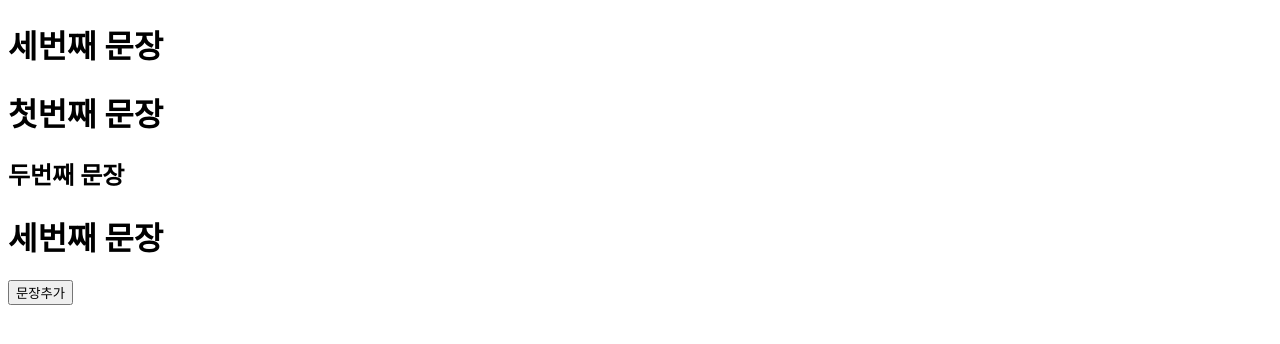
Repository: chopilyeon/JavaWeb
Page: LectureWeb/src/main/webapp/jquery/exam04.html
An editor plug-in stored every save of this project. The page is shown before and after the next save, followed by the edit.
The browser window is 1280 px wide. The pictures show the whole page.

Above is the page before, as saved 2022-05-30 07:57:30.

After the next save:
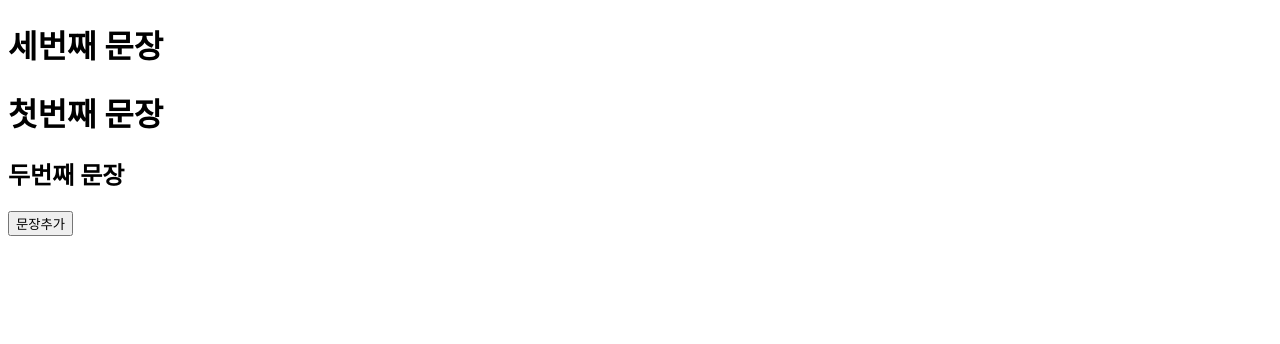
Saved 17 s later.
--- a/LectureWeb/src/main/webapp/jquery/exam04.html
+++ b/LectureWeb/src/main/webapp/jquery/exam04.html
@@ -17,7 +17,7 @@ $(document).ready(function(){
 		divTag.appendChild(h1Tag)
 	})
 */
-	$('div').append('<h1>세번째 문장</h1>')
+	//$('div').append('<h1>세번째 문장</h1>')
 	$('div').prepend('<h1>세번째 문장</h1>') // 이거는 큰자식으로 들어가게 됨
 	//div의 자식태그로 넣어주겠다 이거임. 위에꺼보다 훨씬 간단함.
 
